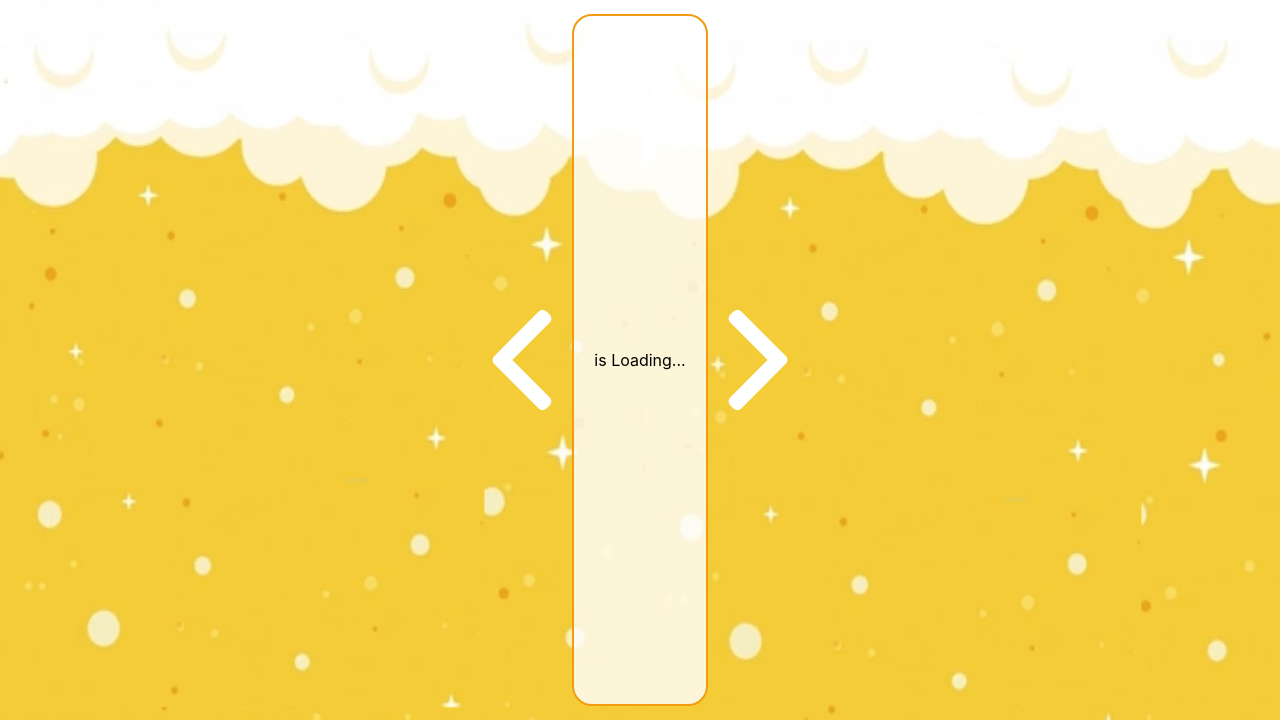
Repository: SebastianArmata22/Beer-app
Page: /
The author's editor kept a copy of each file at every save. The page is drawn from the files as they stood at one save, then again after the next save.
The browser window is 1280 px wide. The pictures show the whole page.
The page's requests for data from a server got no answer. The project was rebuilt for these pictures with package versions that can differ from the ones it lists, and the page was loaded fresh each time. No one was signed in, and anything a server would have sent is missing. Also part of the build but not shown: src/Card.js.

Above is the page before, as saved 2021-02-12 23:26:28.

### src/index.css
body {
  margin: 0;
  font-family: -apple-system, BlinkMacSystemFont, 'Segoe UI', 'Roboto', 'Oxygen',
    'Ubuntu', 'Cantarell', 'Fira Sans', 'Droid Sans', 'Helvetica Neue',
    sans-serif;
  -webkit-font-smoothing: antialiased;
  -moz-osx-font-smoothing: grayscale;
  box-sizing: border-box;;

}

code {
  font-family: source-code-pro, Menlo, Monaco, Consolas, 'Courier New',
    monospace;
}

### src/App.js
import './App.css';
import Card from './Card.js'
import React from 'react'
import rigtArrow from'./right-arrow.svg'
import leftArrow from'./left-arrow.svg'


class App extends React.Component {

  constructor(props){
    super(props);
    this.state={
      isLoaded:false,
      data:[],
      isNext:true
    }
    this.counter=1
    this.nextBeer=this.nextBeer.bind(this)
    this.previousBeer=this.previousBeer.bind(this)
  }
  getUrl(){
   return `https://api.punkapi.com/v2/beers/${this.counter}`
  }
  getDateFromApi(url){
    fetch(url)
    .then(response=>response.json())
    .then(dataApi=>this.setState({
      isLoaded: true,
      data: dataApi}))
  }
  nextBeer(){
    this.setState({isLoaded: false})
    this.counter<325 && this.counter++
    this.getDateFromApi(this.getUrl())
    this.setState({isNext:true})
  }
 previousBeer(){
    this.setState({isLoaded: false})
    this.counter>1 && this.counter--
    this.getDateFromApi(this.getUrl());
    this.setState({isNext:false})
  }
  componentDidMount(){
    this.getDateFromApi(this.getUrl());
  }
  render(){
    return(
        <div className="app-container">
        <img className="svg-button" onClick={this.previousBeer} src={leftArrow} alt="previous" height='100px'/>
        {this.state.isLoaded ? <Card item={this.state.data} isNext={this.state.isNext} /> : <div className="card load-div">is Loading...</div>}
        <img className="svg-button" onClick={this.nextBeer} src={rigtArrow} alt="next" height='100px' />
        </div>

    )
  }
}

export default App;

### src/App.css
.app-container{
  width: 100%;
  min-height: 100vh;
  display: flex;
  justify-content: center;
  align-items: center;
}

.svg-button{
  cursor: pointer;
}

@media only screen and (max-width: 600px) {
  .svg-button{
    transform: scale(0.3);
  }

}

### src/Card.css
*{
    margin: 0;
    padding: 0;

}
body{
    background-image: url('./background.png');
    background-repeat: no-repeat;
    background-size: 100% 100%;
    background-position: center;
    overflow: hidden;
}
.card {
    border: 2px solid #f39c12;
    border-radius: 20px;
    max-width: 700px;
    display: flex;
    flex-direction: column;
    min-height: 90vh;
    padding: 20px;
    background-color: rgba(255, 255, 255,0.8);
}
.card h2{
    color: #f39c12;
}

.photo-beer{
    height: 50vh;
}
.photo-card{
    display: flex;
    align-items: center;
    flex-direction: column;

}

.load-div{
    display: flex;
     justify-content: center;
     align-items: center;
}

.text-card{
    position: relative;
    text-align: left;
}

@media only screen and (max-width: 600px) {
    .card{
        min-width: 200px;
    }
}

Loaded but not shown: public/index.html (common file); src/index.js (common file)

After the next save:
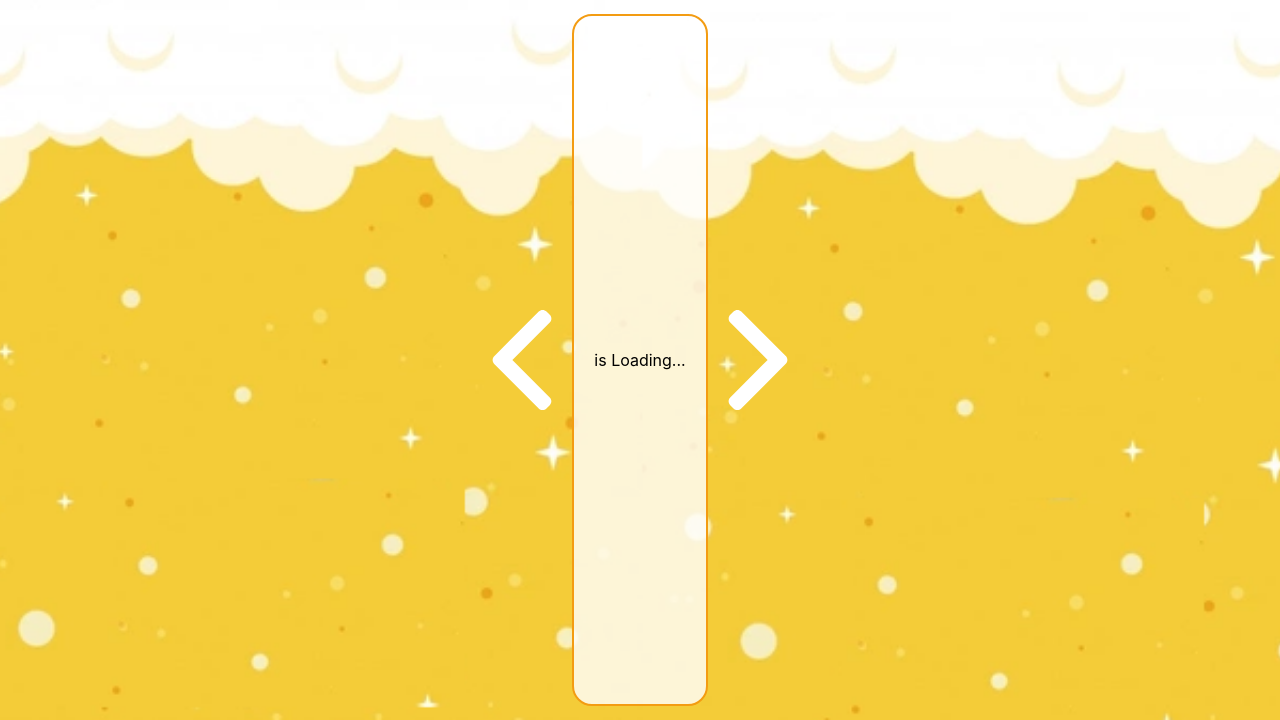
Saved 2 min 9 s later.
--- a/src/Card.css
+++ b/src/Card.css
@@ -6,8 +6,8 @@
 body{
     background-image: url('./background.png');
     background-repeat: no-repeat;
-    background-size: 100% 100%;
     background-position: center;
+    background-size: cover;
     overflow: hidden;
 }
 .card {
